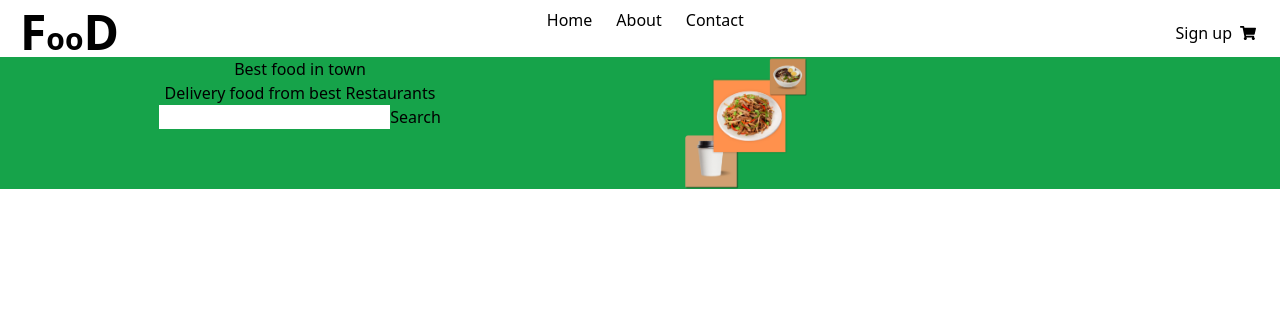
Repository: KhushiCode14/FoodWeb
Page: /
These files come from the project's save history. The page is drawn as it stood at one moment and after the next save; the edit follows.
The browser window is 1280 px wide. The pictures show the whole page.
The project was rebuilt for these pictures with package versions that can differ from the ones it lists, and the page was loaded fresh each time. Also part of the build but not shown: src/components/Home/SignUp.tsx, src/components/Home/SignIn.tsx.

Above is the page before, as saved 2024-09-19 19:06:50.

### src/App.tsx
import { Route, BrowserRouter as Router, Routes ,  } from 'react-router-dom';
import './App.css';
import Navbar from './Pages/Navbar';
import Home from './Pages/Home';
import SignUp from './components/Home/SignUp';
import SignIn from './components/Home/SignIn';

function App() {
  return (
    <div className="App">
      <Router>
        <Navbar/>
      <Routes>
        <Route  path="/" element={<Home/>} />
        <Route  path="/signUp" element={<SignUp/>} />
        <Route  path="/signIn" element={<SignIn/>} />
        {/* <Route  path="/about" element={About} />
        <Route  path="/contact" element={Contact} /> */}
        </Routes>
      </Router>

    </div>
  );
}

export default App;

### src/Pages/Navbar.tsx
import { NavLink } from "react-router-dom"
import { Link } from "react-router-dom"
import { FaShoppingCart } from "react-icons/fa";
import { FaCartPlus } from "react-icons/fa";
import { useState } from "react";
interface nav {
  to: string,
  linkName: string

}
const Navbar: React.FC = () => {
  const [sign, setSign] = useState<string>('Sign up');
  const [cart, setCart] = useState<JSX.Element>(<FaShoppingCart />);
  const navLink: nav[] = [
    { to: "/", linkName: "Home" },
    { to: "/about", linkName: "About" },
    { to: "/contact", linkName: "Contact" },
    // Add more links as needed
  ]
  const handleSign = () => {
    setSign(sign === 'Sign up'? 'Sign in' : 'Sign up');
  }
  const handleCart = () => {
    setCart(prevCart =>
      prevCart.type === FaShoppingCart ? <FaCartPlus /> : <FaShoppingCart />
    );
  };

  return (
    <div className="mx-5  mt-2 flex justify-between">
      <div className="font-bold text-3xl"><h1><span className=" text-5xl">F</span>oo<span className=" text-5xl">D</span></h1></div>
      <div>
        {
          navLink.map((link, index) => (
            <Link key={index} to={link.to} className="mx-3 hover:text-gray-800">
              {link.linkName}
            </Link>
          ))
        }
      </div>
      <div className="flex justify-center items-center">
        <button><NavLink to="/signUp" onClick={handleSign} className="m-1">{sign}</NavLink></button>

        <div onClick={handleCart}className="m-1" >
          {cart}
        </div>



      </div>
    </div>
  )
}

export default Navbar

### src/Pages/Home.tsx

import food from "../components/images/food.png"
const Home: React.FC = () => {
  return (
    <div className="bg-green-600  flex  gap-20 ">
      <div className="w-1/2">
        <h3>Best food in town</h3>
        <h1>Delivery food from best Restaurants</h1>
        <div>
          <input type="text"></input>
          <button>Search</button>
        </div>
      </div>
      <div className="w-1/2" >
        <img src={food} alt="logo" width={132} />
      </div>
    </div>
  )
}

export default Home

Loaded but not shown: public/index.html (common file); src/index.tsx (common file); src/index.css (common file); src/reportWebVitals.ts (common file); src/App.css (common file); tailwind.config.js (common file)

After the next save:
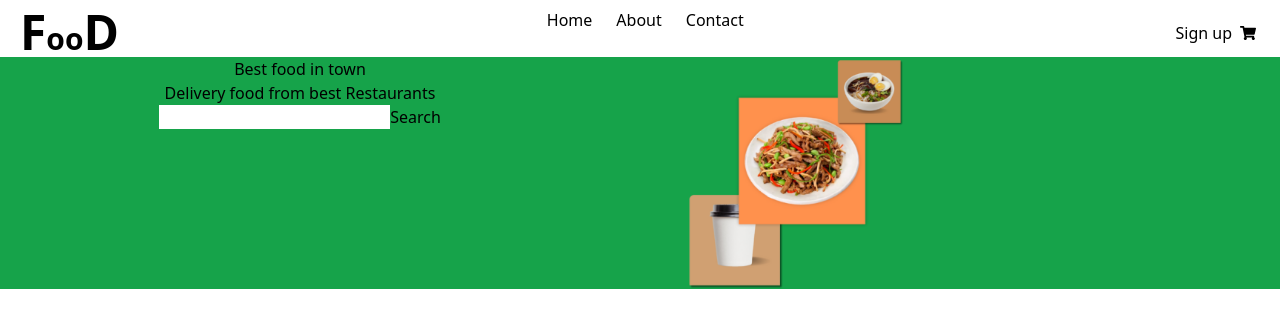
Saved 4 s later.
--- a/src/Pages/Home.tsx
+++ b/src/Pages/Home.tsx
@@ -12,7 +12,7 @@ const Home: React.FC = () => {
         </div>
       </div>
       <div className="w-1/2" >
-        <img src={food} alt="logo" width={132} />
+        <img src={food} alt="logo" width={232} />
       </div>
     </div>
   )
